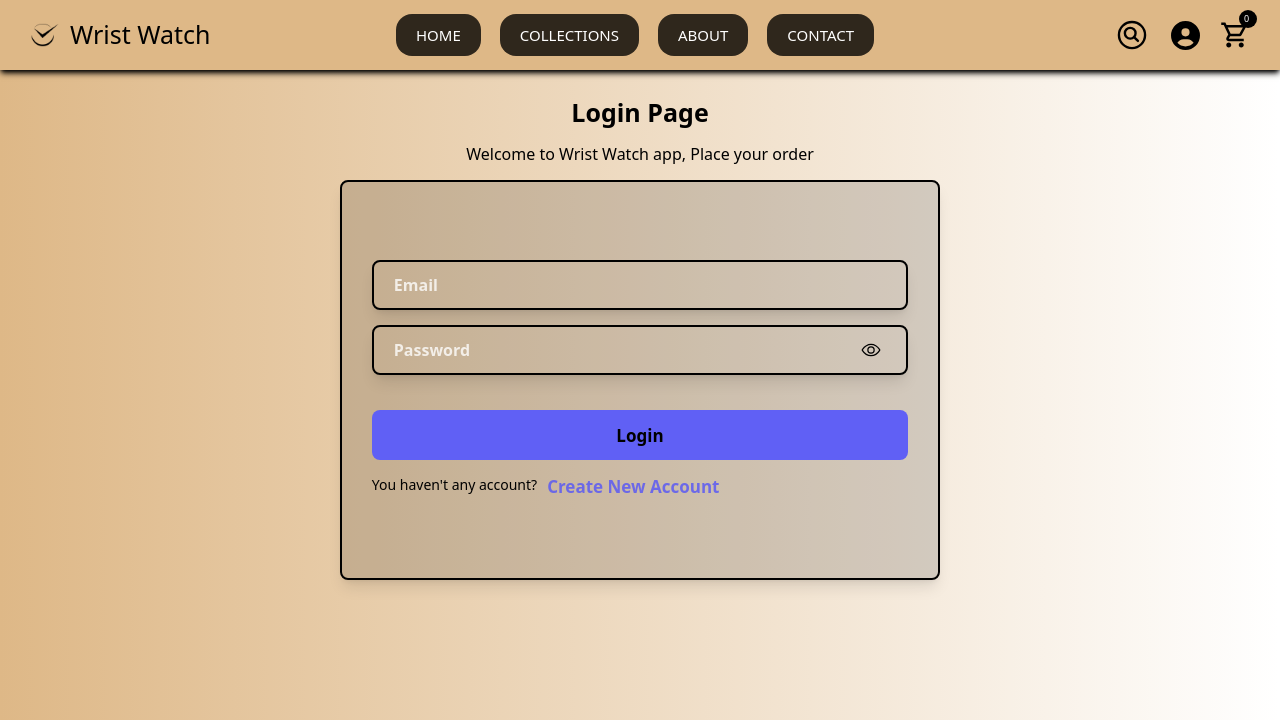
Repository: mansibhanushali/online_watch_ecommerce_mernstack_webapplication
Page: /login (app in frontend/)
The author's editor kept a copy of each file at every save. The page is drawn from the files as they stood at one save, then again after the next save.
The browser window is 1280 px wide. The pictures show the whole page.
The page's requests for data from a server got no answer. The project was rebuilt for these pictures with package versions that can differ from the ones it lists, and the page was loaded fresh each time. No one was signed in, and anything a server would have sent is missing. Also part of the build but not shown: frontend/vite.config.js, frontend/src/component/Loading.jsx, frontend/src/pages/Registration.jsx, frontend/src/component/Backgound.jsx, frontend/src/component/Title.jsx, frontend/src/component/Card.jsx, frontend/src/component/LatestCollection.jsx, frontend/src/component/BestSeller.jsx and 13 more.

Above is the page before, as saved 2025-08-15 21:57:21.

### frontend/index.html
<!doctype html>
<html lang="en">
  <head>
    <meta charset="UTF-8" />
    <link rel="icon" type="image/svg+xml" href="\logo1.png" />
    <meta name="viewport" content="width=device-width, initial-scale=1.0" />
    <title>Wristwatch</title>
  </head>
  <body>
    <div id="root"></div>
    <script type="module" src="/src/main.jsx"></script>
  </body>
</html>

### frontend/src/main.jsx
// src/main.jsx
import React from 'react';
import { createRoot } from 'react-dom/client';
import { BrowserRouter } from 'react-router-dom';
import './index.css';

import App from './App.jsx';
import AuthContext from './context/authContext.jsx';
import UserContextProvider from './context/UserContext.jsx';
import ShopContext from './context/ShopContext.jsx';

createRoot(document.getElementById('root')).render(
  <React.StrictMode>
    <BrowserRouter>
      <AuthContext>
        <UserContextProvider>
          <ShopContext>
            <App />
          </ShopContext>
        </UserContextProvider>
      </AuthContext>
    </BrowserRouter>
  </React.StrictMode>
);

### frontend/src/index.css
@import "tailwindcss";

body {
  @apply bg-white min-h-screen;
}

### frontend/src/App.jsx
import React, { useContext } from 'react';
import { Navigate, Route, Routes, useLocation } from 'react-router-dom';
import Registration from './pages/Registration';
import Home from './pages/Home';
import Login from './pages/Login';
import Nav from './component/Nav';
import { userDataContext } from './context/UserContext';
import About from './pages/About';
import Collections from './pages/Collections';
import Product from './pages/Product';
import Contact from './pages/Contact';
import ProductDetail from './pages/ProductDetail';
import Cart from './pages/Cart';
import PlaceOrder from './pages/PlaceOrder';
import Order from './pages/Order';
import { ToastContainer } from 'react-toastify';
import NotFound from './pages/NotFound';

function App() {
  const { userData } = useContext(userDataContext);
  const location = useLocation();

  // Protected route wrapper
  const ProtectedRoute = (Component) => {
    return userData ? (
      Component
    ) : (
      <Navigate to="/login" state={{ from: location.pathname }} />
    );
  };

  return (
    <>
      <ToastContainer />
      <Nav />
      <Routes>
        {/* Public Routes */}
        <Route path="/" element={<Home />} />
        <Route path="/about" element={<About />} />
        <Route path="/collection" element={<Collections />} />
        <Route path="/collection/:category" element={<Collections />} />
        <Route path="/product" element={<Product />} />
        <Route path="/contact" element={<Contact />} />

        {/* Auth Routes */}
        <Route
          path="/login"
          element={
            userData ? (
              <Navigate to={location.state?.from || '/'} />
            ) : (
              <Login />
            )
          }
        />
        <Route
          path="/signup"
          element={
            userData ? (
              <Navigate to={location.state?.from || '/'} />
            ) : (
              <Registration />
            )
          }
        />

        {/* Protected Routes */}
        <Route
          path="/productdetail/:productId"
          element={ProtectedRoute(<ProductDetail />)}
        />
        <Route path="/cart" element={ProtectedRoute(<Cart />)} />
        <Route path="/placeorder" element={ProtectedRoute(<PlaceOrder />)} />
        <Route path="/order" element={ProtectedRoute(<Order />)} />

        {/* 404 Fallback */}
        <Route path="*" element={<NotFound />} />
      </Routes>
    </>
  );
}

export default App;

### frontend/src/context/AuthContext.jsx
// src/context/AuthContext.jsx
import React, { createContext, useReducer, useEffect } from "react";
import axios from "axios";

const initialState = {
  user: null,
  token: null,
  isAuthenticated: false,
};

function reducer(state, action) {
  switch (action.type) {
    case "LOGIN":
      return {
        ...state,
        user: action.payload.user,
        token: action.payload.token,
        isAuthenticated: true,
      };
    case "LOGOUT":
      return initialState;
    default:
      return state;
  }
}

export const authDataContext = createContext();

function AuthContext({ children }) {
  const serverUrl = "http://localhost:8000";

  const [state, dispatch] = useReducer(reducer, initialState, () => {
    const token = localStorage.getItem("token");
    const user = localStorage.getItem("user");
    return token && user
      ? { token, user: JSON.parse(user), isAuthenticated: true }
      : initialState;
  });

  // axios defaults setup (runs whenever token changes)
  useEffect(() => {
    axios.defaults.baseURL = serverUrl;
    axios.defaults.withCredentials = true;

    if (state.token) {
      axios.defaults.headers.common["Authorization"] = `Bearer ${state.token}`;
      localStorage.setItem("token", state.token);
      localStorage.setItem("user", JSON.stringify(state.user));
    } else {
      delete axios.defaults.headers.common["Authorization"];
      localStorage.removeItem("token");
      localStorage.removeItem("user");
    }
  }, [state.token, state.user]);

  // Fetch current user from backend
  const fetchCurrentUser = async (token) => {
    try {
      const res = await axios.get("/api/user/getcurrentuser", {
        headers: { Authorization: `Bearer ${token}` }
      });
      return res.data;
    } catch (err) {
      console.error("Fetch current user error:", err.response?.data || err.message);
      return null;
    }
  };

  // Login and fetch user
  const login = async ({ token }) => {
    const user = await fetchCurrentUser(token);
    if (user) {
      dispatch({ type: "LOGIN", payload: { token, user } });
    }
  };

  const logout = () => dispatch({ type: "LOGOUT" });

  // Auto login when page refreshes
  useEffect(() => {
    const autoLogin = async () => {
      if (state.token && !state.user) {
        const user = await fetchCurrentUser(state.token);
        if (user) {
          dispatch({ type: "LOGIN", payload: { token: state.token, user } });
        }
      }
    };
    autoLogin();
  }, []);

  return (
    <authDataContext.Provider value={{ serverUrl, ...state, login, logout }}>
      {children}
    </authDataContext.Provider>
  );
}

export default AuthContext;

### frontend/src/context/UserContext.jsx
// src/context/UserContext.jsx
import React, { createContext, useContext, useEffect, useState } from 'react';
import { authDataContext } from './AuthContext';
import axios from 'axios';

export const userDataContext = createContext();

function UserContextProvider({ children }) {
  const [userData, setUserData] = useState(null);
  const { serverUrl } = useContext(authDataContext);

  const getCurrentUser = async () => {
    try {
      // ✅ Cookie-based request
      const result = await axios.get(`${serverUrl}/api/user/getcurrentuser`, {
        withCredentials: true, // Cookie automatically send होगी
      });

      if (result.data?.success) {
        setUserData(result.data.user);
      } else {
        setUserData(null);
      }
    } catch (error) {
      setUserData(null);
      console.error("getCurrentUser error:", error);
    }
  };

  // 🔹 Page load pe call
  useEffect(() => {
    getCurrentUser();
  }, []);

  return (
    <userDataContext.Provider value={{ userData, setUserData, getCurrentUser }}>
      {children}
    </userDataContext.Provider>
  );
}

export default UserContextProvider;

### frontend/src/context/ShopContext.jsx
import React, { createContext, useContext, useEffect, useState, useCallback } from 'react';
import { authDataContext } from './authContext';
import { userDataContext } from './UserContext';
import axios from 'axios';
import { toast } from 'react-toastify';

export const shopDataContext = createContext();

function ShopContextProvider({ children }) {
  const [products, setProducts] = useState([]);
  const [search, setSearch] = useState('');
  const { userData } = useContext(userDataContext);
  const [showSearch, setShowSearch] = useState(false);
  const { serverUrl } = useContext(authDataContext);
  const [cartItem, setCartItem] = useState({});
  const [loading, setLoading] = useState(false);
  const [token, setToken] = useState(localStorage.getItem("token") || "");

  const currency = '₹';
  const delivery_fee = 40;

  // token sync
  useEffect(() => {
    const savedToken = localStorage.getItem("token");
    if (savedToken) {
      setToken(savedToken);
    }
  }, []);

  // ✅ Get products
  const getProducts = useCallback(async () => {
    if (!serverUrl) return;
    try {
      const result = await axios.get(`${serverUrl}/api/product/list`);
      setProducts(result.data);
    } catch (error) {
      console.error("Get Products Error:", error);
    }
  }, [serverUrl]);

  // ✅ Add to cart
  const addtoCart = async (itemId) => {
    let cartData = structuredClone(cartItem);
    cartData[itemId] = (cartData[itemId] || 0) + 1;
    setCartItem(cartData);

    if (userData && token) {
      setLoading(true);
      try {
        await axios.post(
          `${serverUrl}/api/cart/add`,
          { itemId },
          {
            headers: { Authorization: `Bearer ${token}` },
            withCredentials: true
          }
        );
      } catch (error) {
        console.error(error);
        toast.error("Add Cart Error");
      } finally {
        setLoading(false);
      }
    }
  };

  // ✅ Get user cart
  const getUserCart = useCallback(async () => {
    if (!token || !serverUrl) return;
    try {
      const result = await axios.post(
        `${serverUrl}/api/cart/get`,
        {},
        {
          headers: { Authorization: `Bearer ${token}` },
          withCredentials: true
        }
      );
      setCartItem(result.data || {});
    } catch (error) {
      console.error("Get User Cart Error:", error);
    }
  }, [serverUrl, token]);

  // ✅ Update cart item quantity
  const updateQuantity = async (itemId, quantity) => {
    let cartData = structuredClone(cartItem);
    cartData[itemId] = quantity;
    setCartItem(cartData);

    if (userData && token) {
      try {
        await axios.post(
          `${serverUrl}/api/cart/update`,
          { itemId, quantity },
          {
            headers: { Authorization: `Bearer ${token}` },
            withCredentials: true
          }
        );
      } catch (error) {
        console.error(error);
      }
    }
  };

  // ✅ Total cart items count
  const getCartCount = () => {
    return Object.values(cartItem).reduce((acc, qty) => acc + qty, 0);
  };

  // ✅ Total cart amount
  const getCartAmount = () => {
    let totalAmount = 0;
    for (const itemId in cartItem) {
      let itemInfo = products.find((product) => product._id === itemId);
      if (itemInfo && cartItem[itemId] > 0) {
        totalAmount += itemInfo.price * cartItem[itemId];
      }
    }
    return totalAmount;
  };

  // Fetch products and cart
  useEffect(() => {
    getProducts();
  }, [getProducts]);

  useEffect(() => {
    getUserCart();
  }, [getUserCart]);

  let value = {
    products,
    currency,
    delivery_fee,
    getProducts,
    search,
    setSearch,
    showSearch,
    setShowSearch,
    cartItem,
    addtoCart,
    getCartCount,
    setCartItem,
    updateQuantity,
    getCartAmount,
    loading,
    serverUrl,
    setToken,
    token
  };

  return (
    <shopDataContext.Provider value={value}>
      {children}
    </shopDataContext.Provider>
  );
}

export default ShopContextProvider;

### frontend/src/pages/Login.jsx
import React, { useState, useContext } from 'react';
import { useNavigate } from 'react-router-dom';
import { IoEyeOutline, IoEye } from "react-icons/io5";
import Logo from "../assets/logo.png";
import { authDataContext } from '../context/AuthContext';
import { userDataContext } from '../context/UserContext';
import Loading from '../component/Loading';
import axios from 'axios';
import { toast } from 'react-toastify';

function Login() {
  const [show, setShow] = useState(false);
  const [email, setEmail] = useState("");
  const [password, setPassword] = useState("");
  const [loading, setLoading] = useState(false);

  const { serverUrl, login } = useContext(authDataContext);
  const { getCurrentUser } = useContext(userDataContext);
  const navigate = useNavigate();

  const handleLogin = async (e) => {
    e.preventDefault();
    setLoading(true);

    try {
      const { data } = await axios.post(
        `${serverUrl}/api/auth/login`,
        { email, password },
        { withCredentials: true }
      );

      if (!data?.token || !data?.user) {
        toast.error("Invalid response from server");
        return;
      }

      // ✅ Context + LocalStorage me save hoga automatically via AuthContext
      login({ token: data.token, user: data.user });

      // ✅ User fresh data fetch karna (agar zarurat ho)
      await getCurrentUser(data.token);

      toast.success(`Welcome, ${data.user.name || "User"}!`);
      navigate("/");
    } catch (error) {
      toast.error(error.response?.data?.message || "User Login Failed");
    } finally {
      setLoading(false);
    }
  };

  return (
    <div className='w-[100vw] h-[100vh] bg-gradient-to-l from-[burlwood] to-[burlywood] text-black flex flex-col items-center justify-start'>
      {/* Logo */}
      <div
        className='w-full h-[80px] flex items-center px-[30px] gap-[10px] cursor-pointer'
        onClick={() => navigate("/")}
      >
        <img className='w-[40px]' src={Logo} alt="Logo" />
        <h1 className='text-[22px] font-sans'>Wrist Watch</h1>
      </div>

      {/* Heading */}
      <div className='w-full h-[100px] flex flex-col items-center justify-center gap-[10px]'>
        <span className='text-[25px] font-semibold'>Login Page</span>
        <span className='text-[16px]'>Welcome to Wrist Watch app, Place your order</span>
      </div>

      {/* Form */}
      <div className='max-w-[600px] w-[90%] h-[400px] bg-[#00000025] border-2 border-[black] rounded-lg shadow-lg flex items-center justify-center'>
        <form onSubmit={handleLogin} className='w-[90%] flex flex-col items-center gap-[20px]'>
          <div className='w-full flex flex-col gap-[15px] relative'>
            <input
              type="email"
              className='w-full h-[50px] border-[2px] border-[black] rounded-lg shadow-lg bg-transparent placeholder-[#ffffffc7] px-[20px] font-semibold'
              placeholder='Email'
              required
              value={email}
              onChange={(e) => setEmail(e.target.value)}
            />

            <input
              type={show ? "text" : "password"}
              className='w-full h-[50px] border-[2px] border-[black] rounded-lg shadow-lg bg-transparent placeholder-[#ffffffc7] px-[20px] font-semibold'
              placeholder='Password'
              required
              value={password}
              onChange={(e) => setPassword(e.target.value)}
            />

            {show ? (
              <IoEye
                className='w-[20px] h-[20px] cursor-pointer absolute right-[5%] top-[80px]'
                onClick={() => setShow(!show)}
              />
            ) : (
              <IoEyeOutline
                className='w-[20px] h-[20px] cursor-pointer absolute right-[5%] top-[80px]'
                onClick={() => setShow(!show)}
              />
            )}

            <button
              type="submit"
              disabled={loading}
              className='w-full h-[50px] bg-[#6060f5] rounded-lg mt-[20px] flex items-center justify-center text-[17px] font-semibold'
            >
              {loading ? <Loading /> : "Login"}
            </button>

            <p className='flex gap-[10px] text-sm'>
              You haven't any account?
              <span
                className='text-[#5555f6cf] text-[17px] font-semibold cursor-pointer'
                onClick={() => navigate("/signup")}
              >
                Create New Account
              </span>
            </p>
          </div>
        </form>
      </div>
    </div>
  );
}

export default Login;

Loaded but not shown: frontend/src/component/Nav.jsx (137 lines, source omitted)

After the next save:
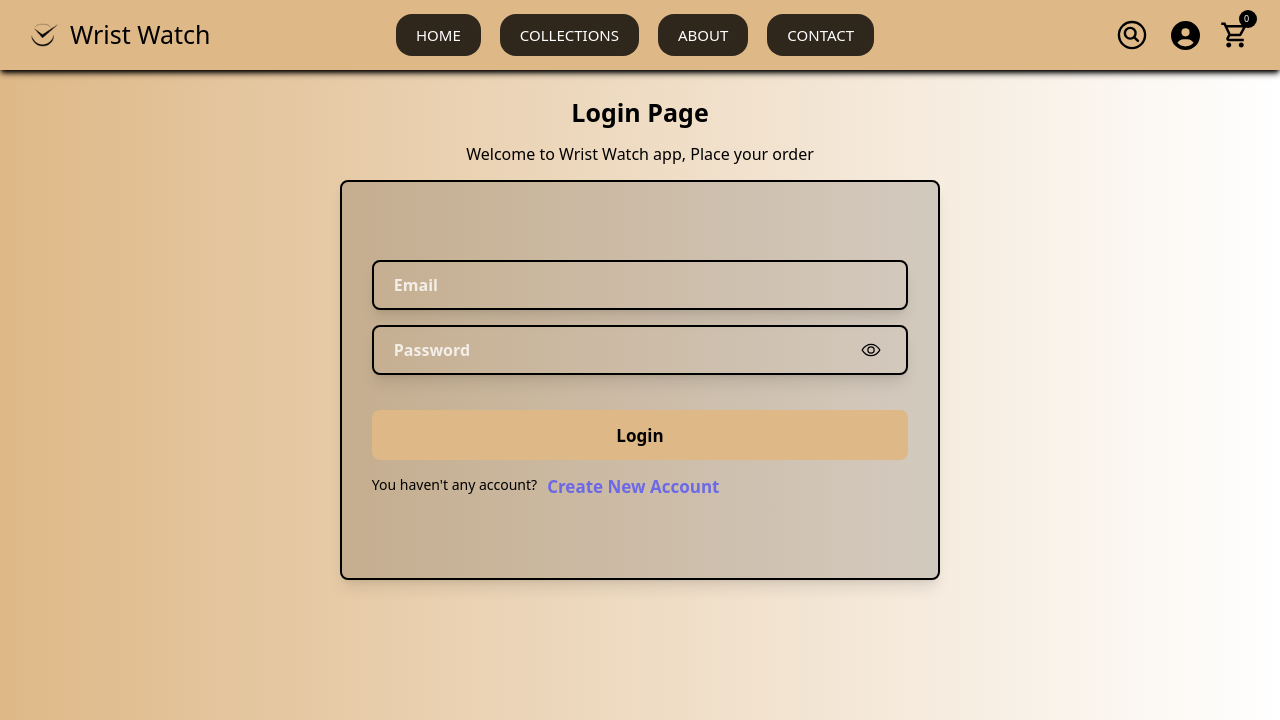
Saved 27 s later.
--- a/frontend/src/pages/Login.jsx
+++ b/frontend/src/pages/Login.jsx
@@ -103,7 +103,7 @@ function Login() {
             <button
               type="submit"
               disabled={loading}
-              className='w-full h-[50px] bg-[#6060f5] rounded-lg mt-[20px] flex items-center justify-center text-[17px] font-semibold'
+              className='w-full h-[50px] bg-[burlywood] rounded-lg mt-[20px] flex items-center justify-center text-[17px] font-semibold'
             >
               {loading ? <Loading /> : "Login"}
             </button>
